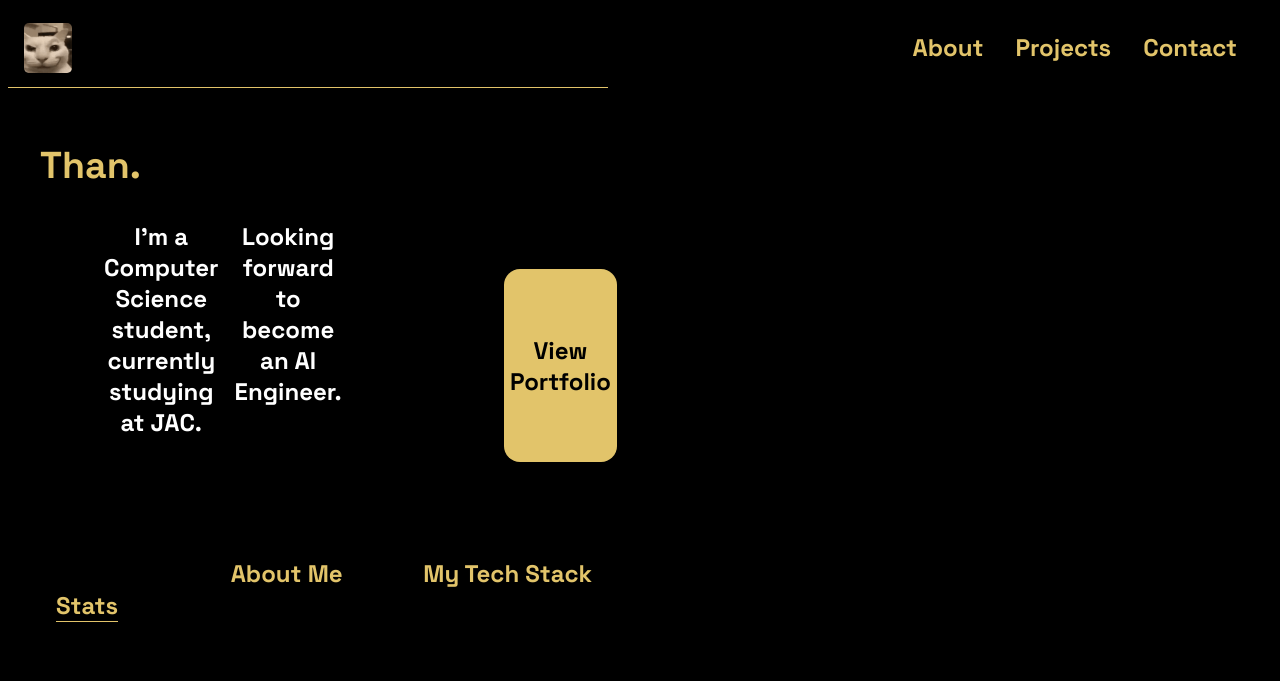
Repository: Than-dot/Than-dot
Page: index.html
The author's editor kept a copy of each file at every save. The page is drawn from the files as they stood at one save, then again after the next save.
The browser window is 1280 px wide. The pictures show the whole page.

Above is the page before, as saved 2026-05-06 13:04:14.

### index.html
<!doctype html>
<html lang="en">
  <head>
    <meta charset="UTF-8" />
    <meta name="viewport" content="width=device-width, initial-scale=1.0" />
    <title>Than</title>
    <link rel="stylesheet" href="styles/global.css" />
    <link rel="stylesheet" href="styles/index.css" />
  </head>

  <body>
    <header>
      <nav>
        <img src="./assets/images/uncanny-cat-freaky.png" alt="cat" />
        <ul class="nav-center">
          <li>About</li>
          <li>Projects</li>
          <li>Contact</li>
        </ul>
      </nav>
    </header>
    <main>
      <section class="container1">
        <article class="f-art"><h1>Than.</h1></article>
        <aside class="f-asi">
          <p>I'm a Computer Science student, currently studying at JAC.</p>
          <p>Looking forward to become an AI Engineer.</p>
          <button>View Portfolio</button>
        </aside>
      </section>
    </main>
    <section class="container2">
      <article class="stats">Stats</article>
      <aside class="s-asi">About Me <p></p></aside>
      <article class="s-art">My Tech Stack</article>
    </section>
  </body>
</html>

### styles/global.css
@font-face {
  font-family: Space-Grotesk;
  src: url(/assets/font/Space_Grotesk/SpaceGrotesk-VariableFont_wght.ttf);
}

body {
  font-family: Space-Grotesk, sans-serif;
  font-weight: bold;
  font-size: 1.5rem;
}

button {
  font-family: Space-Grotesk, sans-serif;
  font-weight: bold;
  font-size: 1.5rem;
}

.f-art {
  font-size: 2rem;
}

### styles/index.css
body {
  width: 100%;
  max-width: 600px;
  background-color: black;
  color: #e2c46a;
}
.container1 {
  display: flex;
  flex-direction: column;
}

.f-art {
  margin: 2rem;
  margin-top: 1rem;
}

.f-asi {
  display: grid;
  margin-top: 0;
  justify-content: space-between;
}

.container1 p {
  margin: 0;
  margin-bottom: 1.5rem;
  margin-left: 1rem;
  color: white;
}

.stats {
  text-align: center;
  margin: 2rem;
  border-bottom: 1px solid #e2c46a;
}

p {
  text-align: center;
}

.s-art {
  text-align: center;
}

.s-asi {
  text-align: center;
}

button {
  border-radius: 16px;
  border: none;
  max-width: 10rem;
  margin-left: 36.9%;
  margin-top: 3rem;
  background-color: #e2c46a;
}

img {
  height: 50px;
  width: auto;
  margin-left: 1rem;
  border-radius: 10%;
}

.nav-center {
  display: flex;
  gap: 32px;
  list-style: none;
  margin-left: 10rem;
}

nav {
  align-items: center;
  display: flex;
  border-bottom: 1px solid #e2c46a;
}

h1 {
  margin-bottom: 0;
}

@media screen and (min-width: 700px) {
  body {
    width: 100%;
  }
  .nav-center {
    display: flex;
    gap: 32px;
    list-style: none;
    margin-left: 50rem;
  }
  .f-asi {
    display: grid;
    margin-top: 0;
    justify-content: space-between;
  }
  .f-asi {
    display: flex;
    margin: 5rem;
    margin-top: 0;
    justify-content: space-between;
  }
  .container2 {
    display: flex;
    flex-direction: row;
    justify-content: space-between;
    margin: 1rem;
  }
}

After the next save:
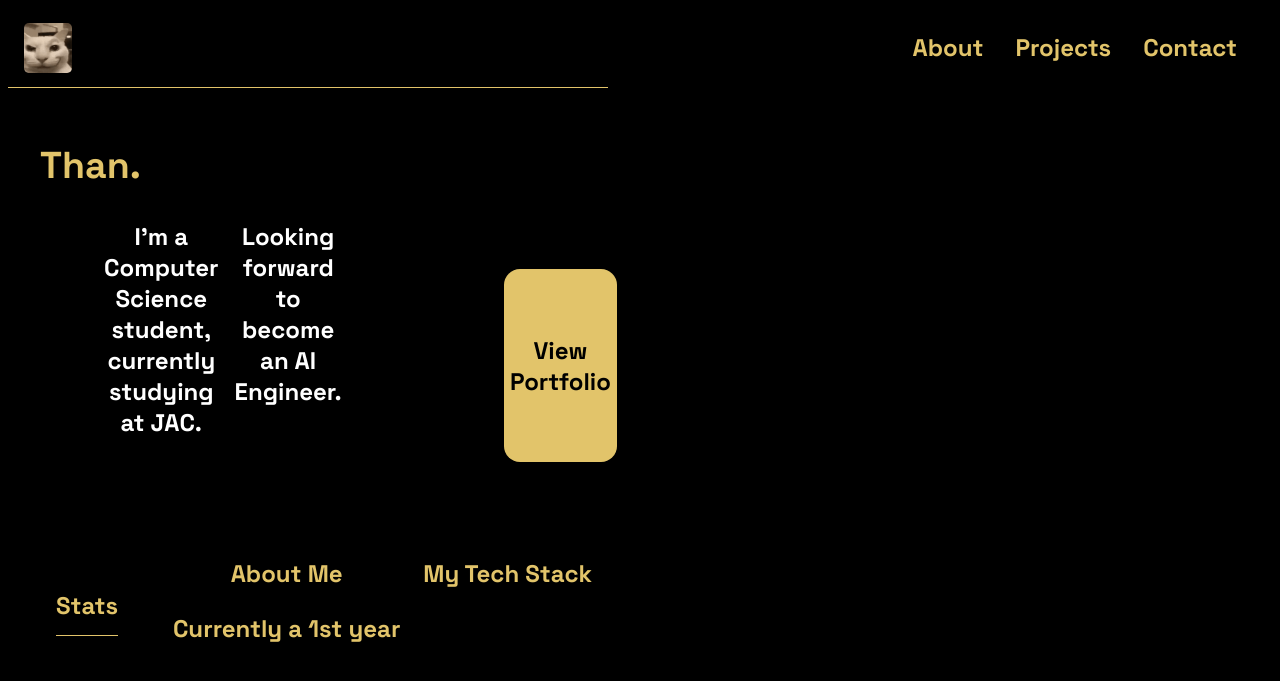
Saved 10 s later.
--- a/index.html
+++ b/index.html
@@ -31,7 +31,7 @@
     </main>
     <section class="container2">
       <article class="stats">Stats</article>
-      <aside class="s-asi">About Me <p></p></aside>
+      <aside class="s-asi">About Me <p>Currently a 1st year</p></aside>
       <article class="s-art">My Tech Stack</article>
     </section>
   </body>
